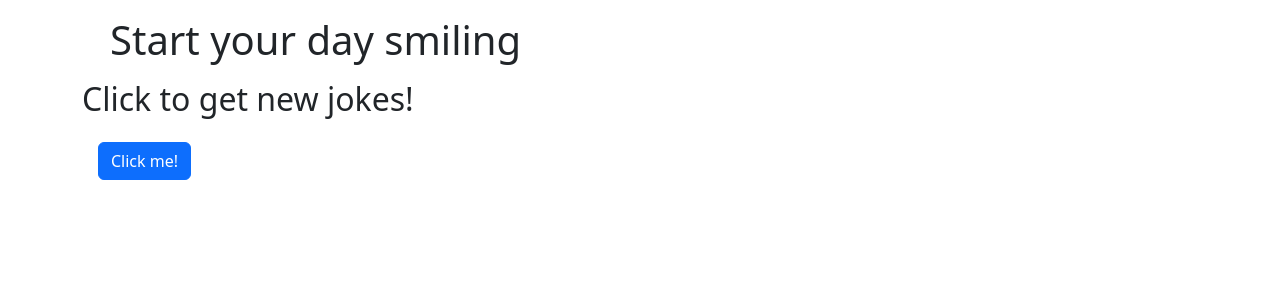
Repository: danieltikamori/wdb
Page: projects/Joke Machine/index.html
The author's editor kept a copy of each file at every save. The page is drawn from the files as they stood at one save, then again after the next save.
The browser window is 1280 px wide. The pictures show the whole page.
Some web libraries are served in a nearby version.

Above is the page before, as saved 2023-01-28 18:06:48.

After the next save:
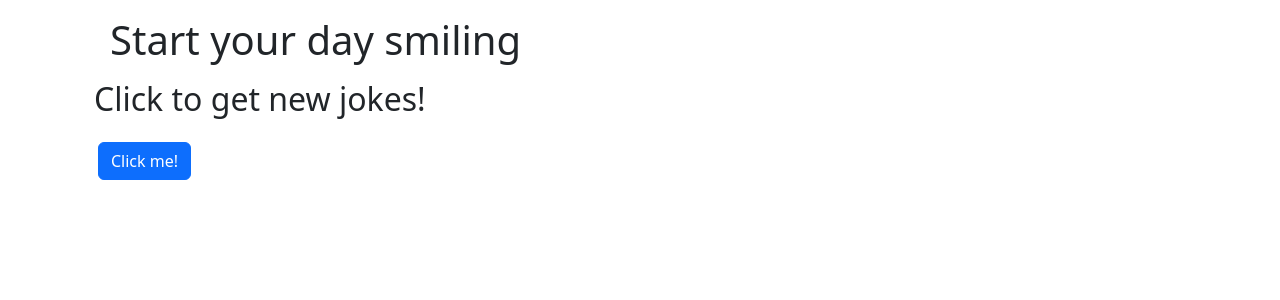
Saved 77 s later.
--- a/projects/Joke Machine/index.html
+++ b/projects/Joke Machine/index.html
@@ -10,7 +10,7 @@
 <body>
   <div class="container">
     <h1 class="m-3 container-fluid">Start your day smiling</h1>
-    <h2>Click to get new jokes!</h2>
+    <h2 class="container">Click to get new jokes!</h2>
     <button id="jokeButton" class="btn btn-primary m-3">Click me!</button>
     <ul id="jokes"></ul>
   </div>
